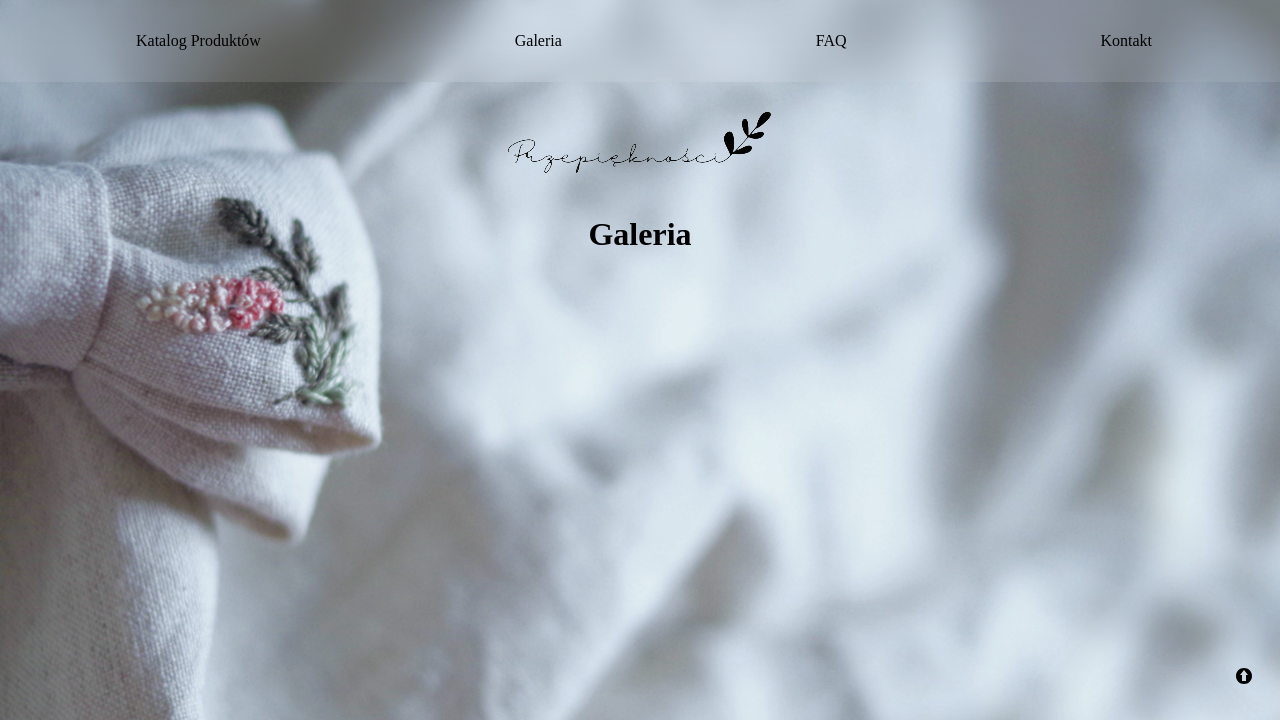
Repository: kowalkos/Rak_projekt
Page: /galeria
An editor plug-in stored every save of this project. The page is shown before and after the next save, followed by the edit.
The browser window is 1280 px wide. The pictures show the whole page.
Backgrounds fixed to the window are drawn as part of the page. The project was rebuilt for these pictures with package versions that can differ from the ones it lists, and the page was loaded fresh each time. Also part of the build but not shown: src/components/produkty/Produkt.css, src/components/produkty/produkt.js, src/components/main/Main.js, src/components/FAQ/Faq.js, src/components/about/About.css, src/components/about/About.js.

Above is the page before, as saved 2022-01-19 14:46:35.

### src/index.css
body {
  margin: 0;
  background-image: url('/src/img/tlo.jpg');
  background-attachment: fixed;
  background-repeat: no-repeat;
  background-size: cover;
  overflow-x: hidden;
  color: black;

  min-width: 325px;
}

### src/App.js
import Produkt from './components/produkty/produkt';
import Galeria from './components/galeria/Galeria';
import Main from './components/main/Main';
import Faq from './components/FAQ/Faq';
import About from './components/about/About';
import Footer from './components/footer/footer';
import './App.css';
import NavBar from './components/navbar/NavBar';
import {BrowserRouter as Router, Route, Routes} from 'react-router-dom';
function App() {

  return (
    <Router>
    <div className="App">
     <NavBar/>
     <Routes>
     <Route path="/" element={<Main/>}/>
     <Route path="/Faq"element={<Faq/>}/>
     <Route path="/produkty" element={<Produkt/>}/>
     <Route path="/galeria"element={<Galeria/>}/>
     <Route path="/about"element={<About/>}/>
     </Routes>
     <Footer/>
    </div>
    </Router>
  );
}

export default App;

### src/components/galeria/Galeria.js
function Galeria(props){
    return <div><h1 >Galeria</h1></div>;
}
export default Galeria;

### src/components/footer/footer.js
import './footer.css';
function Footer(props)
{
    return <div >

            <a href='#top'>
                <button className='upArrow'></button>
            </a>


    </div>;
}
export default Footer;

### src/App.css
.App {
  text-align: center;
  /* background-image: url('/src/img/kosmos.jpg'); */

}

### src/components/navbar/NavBar.js

import { Link } from 'react-router-dom';
import logo from '../../img/logoso.png';
import './NavBar.css';
function NavBar(props) {


    function toggle() {
        const primaryNav = document.querySelector('.primary-navigation');
        const navToggle = document.querySelector('.mobile-nav-toggle');
        console.log(primaryNav);
        console.log(navToggle);

        const visibility = primaryNav.getAttribute('data-visible');
        if (visibility === "false") {
            primaryNav.setAttribute('data-visible', true);
            navToggle.setAttribute('aria-expanded', true);
        }
        else if (visibility === "true") {
            primaryNav.setAttribute('data-visible', false);
            navToggle.setAttribute('aria-expanded', false);
        }
        console.log(visibility);
    }
    return <header className='primary-header'>
        <button className='mobile-nav-toggle'
            aria-controls='primary-navigation'
            onClick={toggle} >
            <span className='sr-only'></span>
        </button>

        <nav>
            <ul id='primary-navigation' aria-expanded="false" data-visible="false" className='primary-navigation flex'>
                {/* <li>
                    <Link to='/' >
                        <span aria-hidden="true">00</span>
                        Strona główna
                    </Link>
                </li> */}
                <li>
                    <Link to='/produkty' >
                        <span aria-hidden="true"></span>
                        Katalog Produktów
                    </Link>
                </li>
                <li>
                    <Link to='/galeria' >
                        <span aria-hidden="true"></span>
                        Galeria
                    </Link>
                </li>
                <li>
                    <Link to='/Faq' >
                        <span aria-hidden="true"></span>
                        FAQ
                    </Link>
                </li>
                <li>
                    <Link to='/about' >
                        <span aria-hidden="true"></span>
                        Kontakt
                    </Link>
                </li>
            </ul>
        </nav>
        <div className='logo'>
        <Link to='/' >
            <img  src={logo} alt='Logo'></img>
            </Link>
        </div>

    </header>;

    // return <div className='main-nav-bar' >
    //     <div className='nav-bar__roll-down' onhover={onHoverHandle} >
    //         Katalog Produktów
    //         <div id='nav-bar__inside'>
    //             Kokardy
    //         </div>
    //         <div id='nav-bar__inside'>
    //             Kokardy
    //         </div>
    //         <div id='nav-bar__inside'>
    //             Kokardy
    //         </div>
    //         <div id='nav-bar__inside'>
    //             Kokardy
    //         </div>height:"20px";width
    //     </div >
    //     <div className='nav-bar'>
    //         O mnie
    //     </div>
    //     <div className='nav-bar'>
    //         FAQ
    //     </div>
    //     <div className='nav-bar'>
    //         Kontakt
    //     </div>

    // </div>;
}

export default NavBar;

### src/components/footer/footer.css
.footer
{
    width: 80%;
    margin: 0 auto;
}
.upArrow
{
    display: block;
    position: fixed;
    width: 2.25rem;
    aspect-ratio: 1;
    right: 0.5rem;
    bottom: 1rem;
    z-index: 10000;
    background-color: transparent;
    background-image: url(/src/img/arrow_up.svg);
    background-repeat: no-repeat;
    border: 0px;
    transition: all 0.5s ease-in-out;

}

### src/components/navbar/NavBar.css
.flex {
    display: flex;
    gap: var(--gap, 1rem);
}

.primary-header {
    align-items: center;
    justify-content: space-between;

}
.logo{
    margin:0rem;
}
.mobile-nav-toggle {
    display: none;
}

.primary-navigation {
    list-style: none;
    margin: 0 0rem;
    background: hsl(0 0% 0% /0.75);
}


.primary-navigation a {
    text-decoration: none;
    color: black;
}

.primary-navigation a>[aria-hidden="true"] {
    font-weight: 700;
    margin-inline-end: .5rem;
}

@supports(backdrop-filter: blur(1rem)) {
    .primary-navigation {
        background: hsl(0 0% 100% /0.1);
        backdrop-filter: blur(1rem);
    }
}

@media (max-width:35em) {
    .primary-navigation {
        position: fixed;
        inset: 0 0 0 50%;
        --gap: 1rem;
        z-index: 1000;
        flex-direction: column;
        padding: min(30vh, 5rem) 1rem;

        transform: translateX(100%);
        transition: transform 350ms ease-out;
    }

    .primary-navigation[data-visible="true"] {
        transform: translateX(0%);
    }

    .mobile-nav-toggle {
        display: block;
        position: fixed;
        width: 2.25rem;
        aspect-ratio: 1;
        top: 2rem;
        right: 1rem;
        z-index: 9999;
        background-color: transparent;
        background-image: url(/src/img/Hamburger_icon.svg);
        background-repeat: no-repeat;
        border: 0px;
    }

    .mobile-nav-toggle[aria-expanded="true"] {
        background-image: url(/src/img/x-symbol.svg);
        background-size: 32px;
    }

    .sr-only {
        display: none;
    }
}

@media (min-width:35em) and (max-width:55em) {
    .primary-navigation a>span[aria-hidden="true"] {
        display: none;
    }
}
@media (min-width:35em)
{

.primary-navigation{
    --gap:2rem;
    justify-content: space-between;
    padding-block: 2rem;
    padding-inline:clamp(3rem,10vw,10rem);
}
}

Loaded but not shown: public/index.html (common file); src/index.js (common file)

After the next save:
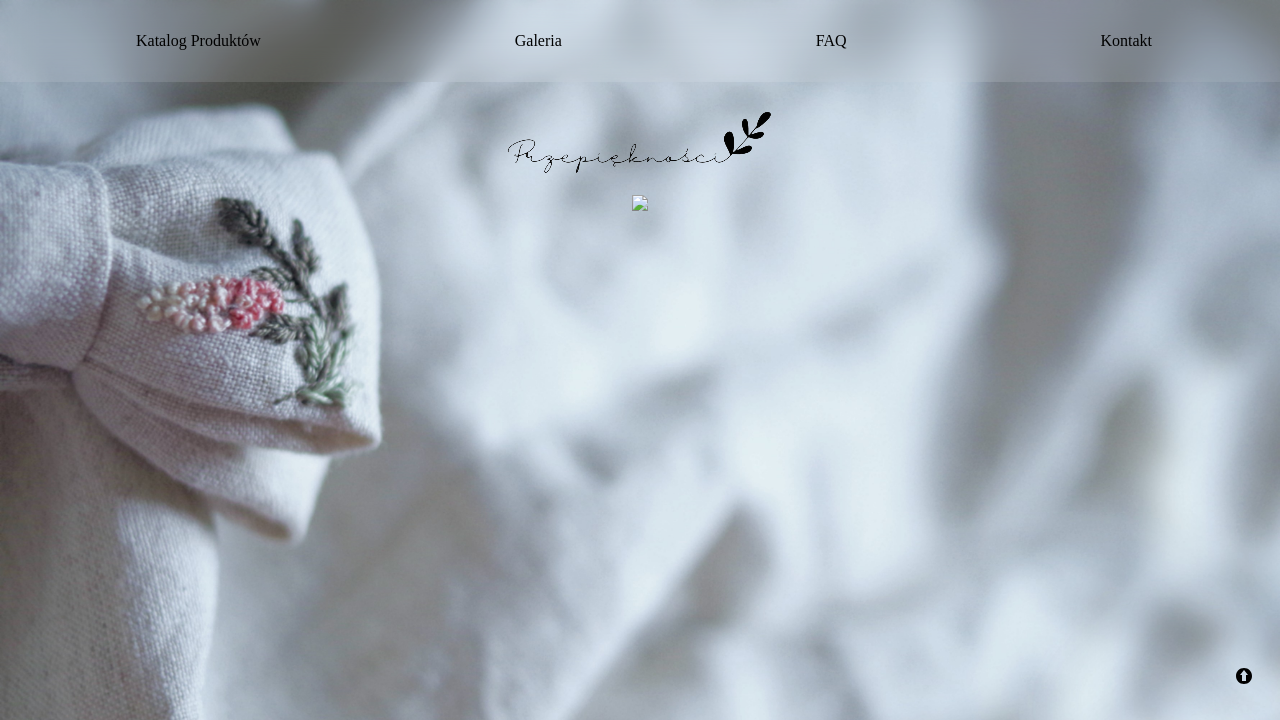
Not found: img/unknown7.png
Saved 72 s later.
--- a/src/components/galeria/Galeria.js
+++ b/src/components/galeria/Galeria.js
@@ -1,4 +1,6 @@
 function Galeria(props){
-    return <div><h1 >Galeria</h1></div>;
+    return <div className="grid-container">
+        <img src="../../img/unknown7.png"/>
+    </div>;
 }
 export default Galeria;

After the save that followed:
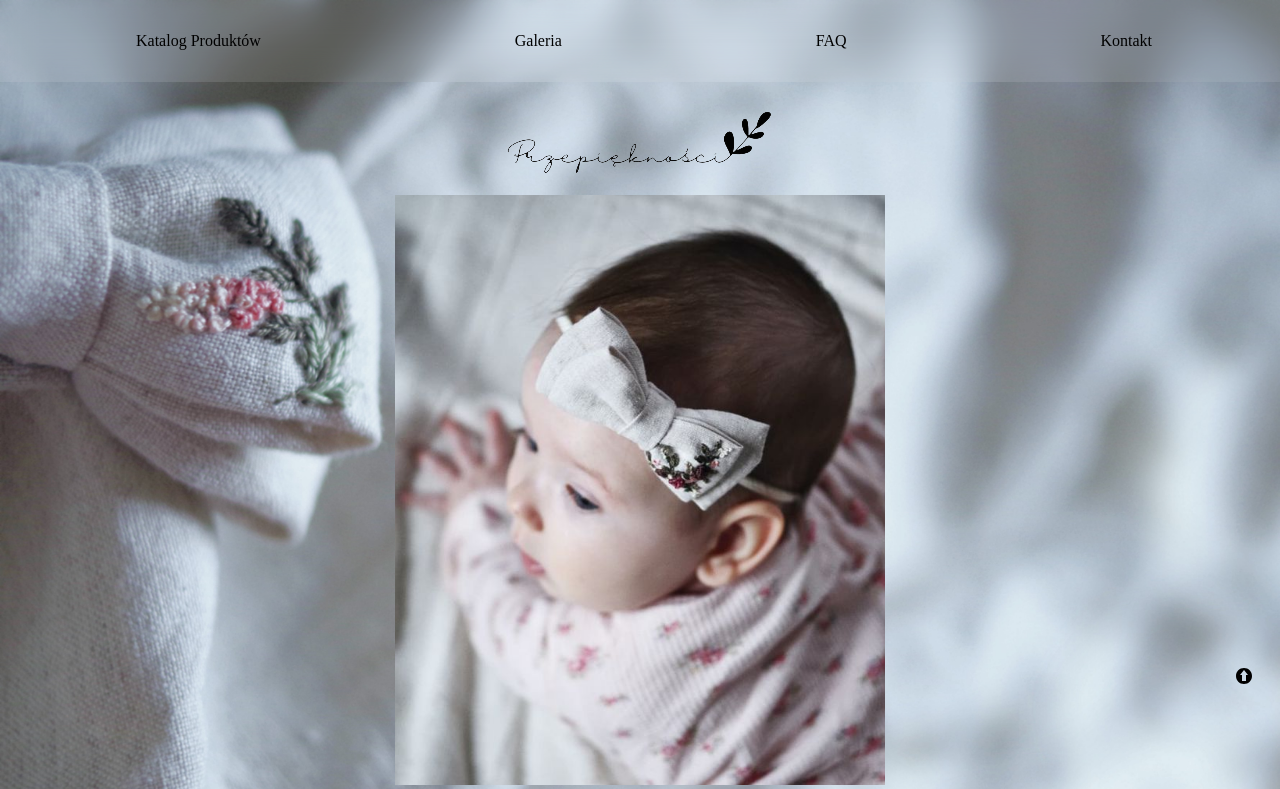
Saved 2 min 16 s later.
--- a/src/components/galeria/Galeria.js
+++ b/src/components/galeria/Galeria.js
@@ -1,6 +1,7 @@
+import p1 from '../../img/unknown1.png';
 function Galeria(props){
     return <div className="grid-container">
-        <img src="../../img/unknown7.png"/>
+        <img src={p1}/>
     </div>;
 }
 export default Galeria;
